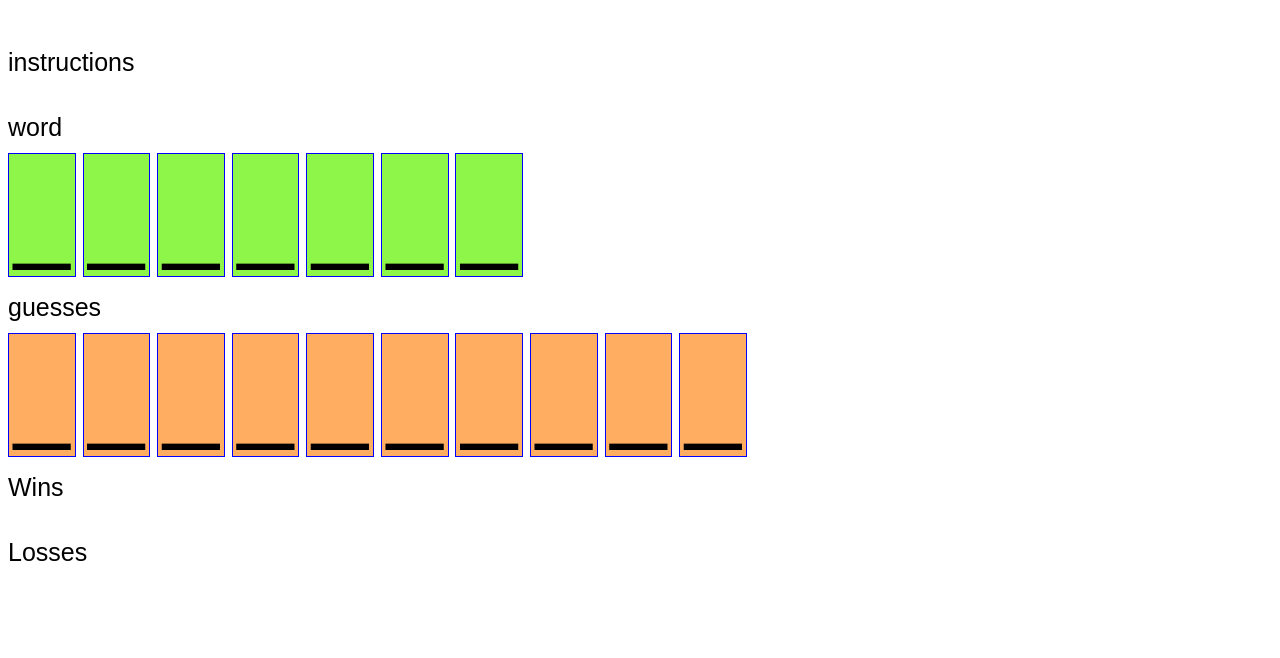
Repository: dsaftler/JavaScript
Page: index.html
The author's editor kept a copy of each file at every save. The page is drawn from the files as they stood at one save, then again after the next save.
The browser window is 1280 px wide. The pictures show the whole page.

Above is the page before, as saved 2019-03-28 17:14:39.

### index.html
<!DOCTYPE html>
<html lang="en">
<head>
  <meta charset="UTF-8">
  <meta name="viewport" content="width=device-width, initial-scale=1.0">
  <meta http-equiv="X-UA-Compatible" content="ie=edge">
  <link href="https://fonts.googleapis.com/css?family=Ubuntu+Mono" rel="stylesheet">
  <link rel="stylesheet" href="assets\css\style.css">
  <title>JavaScript Hangman Game</title>
</head>
<body>
    <div class="container showtext">
        <div class="instructions showtext">instructions</div>
        <div class="word showtext">word</div>
         <div class="letter match" id="chr_0">_</div>
         <div class="letter match" id="chr_1">_</div>
         <div class="letter match" id="chr_2">_</div>
         <div class="letter match" id="chr_3">_</div>
         <div class="letter match" id="chr_4">_</div>
         <div class="letter match" id="chr_5">_</div>
         <div class="letter match" id="chr_6">_</div>


        <div class="guesses showtext">guesses</div>

        <div class="letter guessed" id="guess_0">_</div>
        <div class="letter guessed" id="guess_1">_</div>
        <div class="letter guessed" id="guess_2">_</div>
        <div class="letter guessed" id="guess_3">_</div>
        <div class="letter guessed" id="guess_4">_</div>
        <div class="letter guessed" id="guess_5">_</div>
        <div class="letter guessed" id="guess_6">_</div>
        <div class="letter guessed" id="guess_7">_</div>
        <div class="letter guessed" id="guess_8">_</div>
        <div class="letter guessed" id="guess_9">_</div>

      <div class="score">
      <div class="showtext" id="showWins">Wins</div>
      <div class="showtext" id="showLosses">Losses</div>
      </div>
      </div>



<script type="text/javascript" src="assets/javascript/game.js"></script>
</body>
</html>

### assets/css/style.css
body {font-family: 'Ubuntu', sans-serif;}
.showtext {height:35px;
padding: 20px 0 10px;
font-size: 25px;}
.letter {font-size: 100px;
  display: inline;
  padding: 5px;}
.match {
  border: 1px solid blue;
  background-color: rgb(142, 245, 73)}
.guessed {
    border: 1px solid blue;
  background-color: rgb(255, 173, 96)}
.score{ height:160px}

}

### assets/javascript/game.js
// Variables
var  wordArr = ["unicorn","griffin","dragon","mermaid","centaur","pegasus"];
// for (var i=0; i<wordArr.length; i++){
//   console.log(wordArr[i]);
// }
var id="cntWins";
var id="curCntGuess";
var id="ltr_0"
 id="ltr_1",
 id="ltr_2",
 id="ltr_3",
 id="ltr_4",
 id="ltr_5",
 id="ltr_6";

 var id="ltrTried_0"
 id="ltrTried_1",
 id="ltrTried_2",
 id="ltrTried_3",
 id="ltrTried_4",
 id="ltrTried_5",
 id="ltrTried_6",
 id="ltrTried_7",
 id="ltrTried_8",
 id="ltrTried_9" ;
var  cntWins=0;

// within the game
// while wordArr.length>0
 var curPtr=0, curCntGuess = 0;
 var curLetter="",curWord="";
// curPtr= .... select a random word
//curWordArr = array the word at that index
for (var i=0; i<curWord.length; i++){
  // console.log(thisWord.charAt([i]));
  //fruits.push("Kiwi")
  curWordArr.push(curWord.charAt([i]));
}
// intialize badGuess as empy array
var badGuess = [], curWordArr=[];
// whil curCntGuess < 10
 // get a keypress to curLetter
 // if escape, exit

 // increment curCntGuess
 curCntGuess++
//See if that letter was already chosen by parsing badGuess
for (var j=0; j<badGuess.length; j++);
  // alert?  maybe make that letter change color?
//  else

    // for every letter in curWord, see if that letter exists at that index  charAt(index)
    // if so, pop that into correct index in curWordArr
    // for (var i=0; i<curWordArr.length; i++){
    // if index [i]is is blank
      //curWordArr[i]=curLetter
      //set getElementId for that index (see if I can create a variable "ltr_"+(toString([i]))
      // now compare the word in curWordArr with curWord
      // ===
      // Alert :You Won
      // show image
      // id="cntWins"
      // remove that word from the array wordARR

    //else
       // restart the game

 // else
    // pop that letter into the badGuess array
    // push content for ltrTried ids

After the next save:
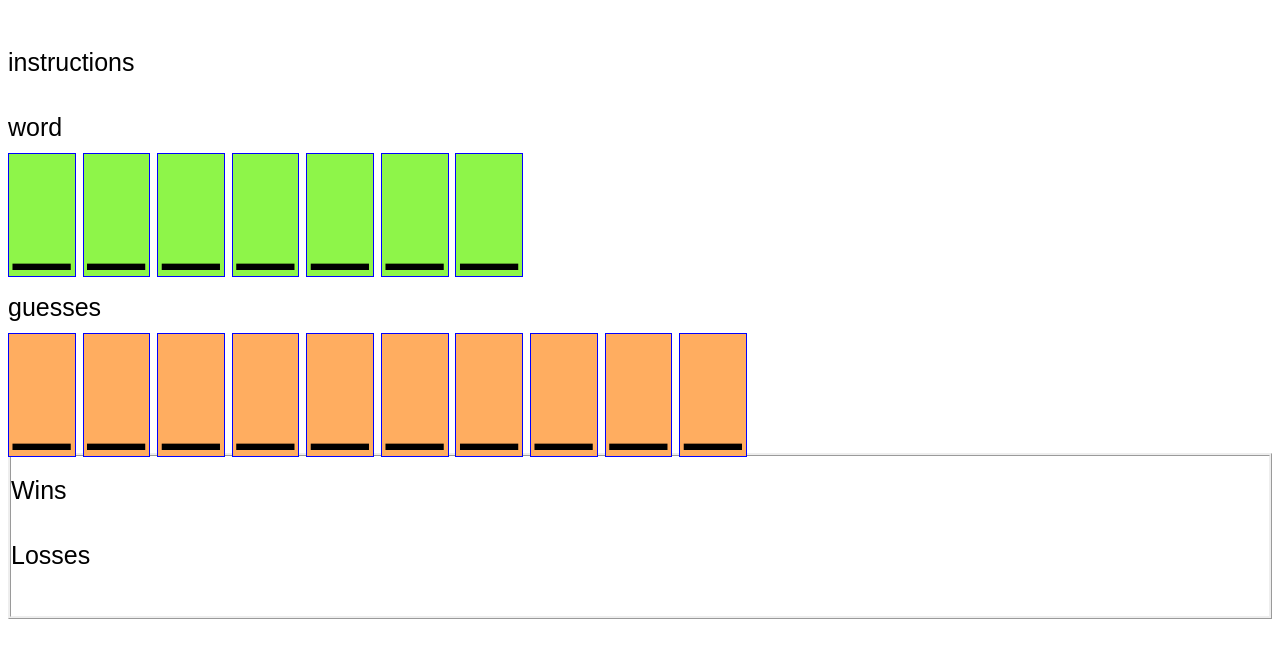
Saved 2 min 9 s later.
--- a/assets/css/style.css
+++ b/assets/css/style.css
@@ -11,6 +11,6 @@ font-size: 25px;}
 .guessed {
     border: 1px solid blue;
   background-color: rgb(255, 173, 96)}
-.score{ height:160px}
-
-}
+.score{
+  height:160px;
+  border-style: ridge}
